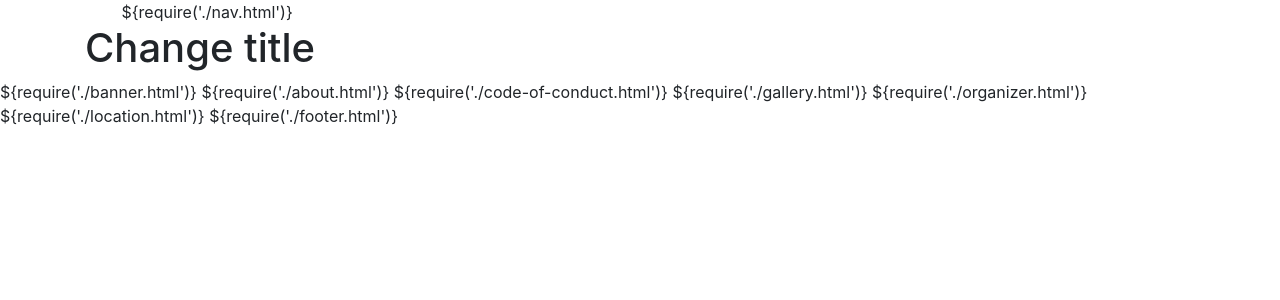
Repository: pyladiesbkk/pyladies-web
Page: src/index.html
An editor plug-in stored every save of this project. The page is shown before and after the next save, followed by the edit.
The browser window is 1280 px wide. The pictures show the whole page.
Some web libraries are served in a nearby version.

Above is the page before, as saved 2019-10-20 14:24:10.

### src/index.html
<!DOCTYPE html>
<html lang="en">
<head>
  <meta charset="UTF-8">
  <meta name="viewport" content="width=device-width, initial-scale=1.0">
  <meta http-equiv="X-UA-Compatible" content="ie=edge">
  <!-- <meta name="msapplication-config" content="/favicon.ico/browserconfig.xml"> -->
  <!-- <link rel="icon" href="/favicon.ico/favicon.ico"> -->
<!--   <link rel="icon" type="image/png" href="/favicon.ico/favicon-16x16.png" sizes="16x16">
  <link rel="icon" type="image/png" href="/favicon.ico/favicon-32x32.png" sizes="32x32">
  <link rel="icon" type="image/png" href="/favicon.ico/favicon-96x96.png" sizes="96x96"> -->
  <link rel="shortcut icon" type="image/png" rel="apple-touch-icon" sizes="57x57" href="/favicon.ico/apple-icon-57x57.png">
  <link rel="shortcut icon" type="image/png" rel="apple-touch-icon" sizes="60x60" href="/favicon.ico/apple-icon-60x60.png">
  <link rel="shortcut icon" type="image/png" rel="apple-touch-icon" sizes="72x72" href="/favicon.ico/apple-icon-72x72.png">
  <link rel="shortcut icon" type="image/png" rel="apple-touch-icon" sizes="76x76" href="/favicon.ico/apple-icon-76x76.png">
  <link rel="shortcut icon" type="image/png" rel="apple-touch-icon" sizes="114x114" href="/favicon.ico/apple-icon-114x114.png">
  <link rel="shortcut icon" type="image/png" rel="apple-touch-icon" sizes="120x120" href="/favicon.ico/apple-icon-120x120.png">
  <link rel="shortcut icon" type="image/png" rel="apple-touch-icon" sizes="144x144" href="/favicon.ico/apple-icon-144x144.png">
  <link rel="shortcut icon" type="image/png" rel="apple-touch-icon" sizes="152x152" href="/favicon.ico/apple-icon-152x152.png">
  <link rel="shortcut icon" type="image/png" rel="apple-touch-icon" sizes="180x180" href="/favicon.ico/apple-icon-180x180.png">
<!--   <link rel="manifest" href="/favicon.ico/manifest.json"> -->
  <link rel="stylesheet" href="https://maxcdn.bootstrapcdn.com/bootstrap/4.0.0/css/bootstrap.min.css" integrity="sha384-Gn5384xqQ1aoWXA+058RXPxPg6fy4IWvTNh0E263XmFcJlSAwiGgFAW/dAiS6JXm" crossorigin="anonymous">
  <!-- <link rel="shortcut icon" type="image/png" href="/favicon.ico/apple-icon-180x180.png" /> -->
  <title>Pyladies BKK</title>
</head>
<body>
  ${require('./nav.html')}
  <div class="container">
    <h1>Change title</h1>
  </div>
  ${require('./banner.html')}
  ${require('./about.html')}
  ${require('./code-of-conduct.html')}
  ${require('./gallery.html')}
  ${require('./organizer.html')}
  ${require('./location.html')}
  ${require('./footer.html')}
  <script src="https://code.jquery.com/jquery-3.2.1.slim.min.js" integrity="sha384-KJ3o2DKtIkvYIK3UENzmM7KCkRr/rE9/Qpg6aAZGJwFDMVNA/GpGFF93hXpG5KkN" crossorigin="anonymous"></script>
  <script src="https://cdnjs.cloudflare.com/ajax/libs/popper.js/1.12.9/umd/popper.min.js" integrity="sha384-ApNbgh9B+Y1QKtv3Rn7W3mgPxhU9K/ScQsAP7hUibX39j7fakFPskvXusvfa0b4Q" crossorigin="anonymous"></script>
  <script src="https://maxcdn.bootstrapcdn.com/bootstrap/4.0.0/js/bootstrap.min.js" integrity="sha384-JZR6Spejh4U02d8jOt6vLEHfe/JQGiRRSQQxSfFWpi1MquVdAyjUar5+76PVCmYl" crossorigin="anonymous"></script>
</body>
</html>

After the next save:
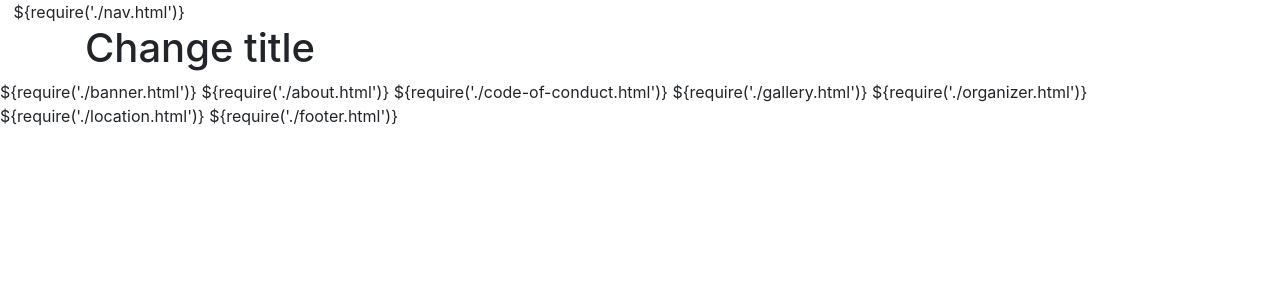
Saved 15 s later.
--- a/src/index.html
+++ b/src/index.html
@@ -9,14 +9,14 @@
 <!--   <link rel="icon" type="image/png" href="/favicon.ico/favicon-16x16.png" sizes="16x16">
   <link rel="icon" type="image/png" href="/favicon.ico/favicon-32x32.png" sizes="32x32">
   <link rel="icon" type="image/png" href="/favicon.ico/favicon-96x96.png" sizes="96x96"> -->
-  <link rel="shortcut icon" type="image/png" rel="apple-touch-icon" sizes="57x57" href="/favicon.ico/apple-icon-57x57.png">
+<!--   <link rel="shortcut icon" type="image/png" rel="apple-touch-icon" sizes="57x57" href="/favicon.ico/apple-icon-57x57.png">
   <link rel="shortcut icon" type="image/png" rel="apple-touch-icon" sizes="60x60" href="/favicon.ico/apple-icon-60x60.png">
   <link rel="shortcut icon" type="image/png" rel="apple-touch-icon" sizes="72x72" href="/favicon.ico/apple-icon-72x72.png">
   <link rel="shortcut icon" type="image/png" rel="apple-touch-icon" sizes="76x76" href="/favicon.ico/apple-icon-76x76.png">
   <link rel="shortcut icon" type="image/png" rel="apple-touch-icon" sizes="114x114" href="/favicon.ico/apple-icon-114x114.png">
   <link rel="shortcut icon" type="image/png" rel="apple-touch-icon" sizes="120x120" href="/favicon.ico/apple-icon-120x120.png">
   <link rel="shortcut icon" type="image/png" rel="apple-touch-icon" sizes="144x144" href="/favicon.ico/apple-icon-144x144.png">
-  <link rel="shortcut icon" type="image/png" rel="apple-touch-icon" sizes="152x152" href="/favicon.ico/apple-icon-152x152.png">
+  <link rel="shortcut icon" type="image/png" rel="apple-touch-icon" sizes="152x152" href="/favicon.ico/apple-icon-152x152.png"> -->
   <link rel="shortcut icon" type="image/png" rel="apple-touch-icon" sizes="180x180" href="/favicon.ico/apple-icon-180x180.png">
 <!--   <link rel="manifest" href="/favicon.ico/manifest.json"> -->
   <link rel="stylesheet" href="https://maxcdn.bootstrapcdn.com/bootstrap/4.0.0/css/bootstrap.min.css" integrity="sha384-Gn5384xqQ1aoWXA+058RXPxPg6fy4IWvTNh0E263XmFcJlSAwiGgFAW/dAiS6JXm" crossorigin="anonymous">
